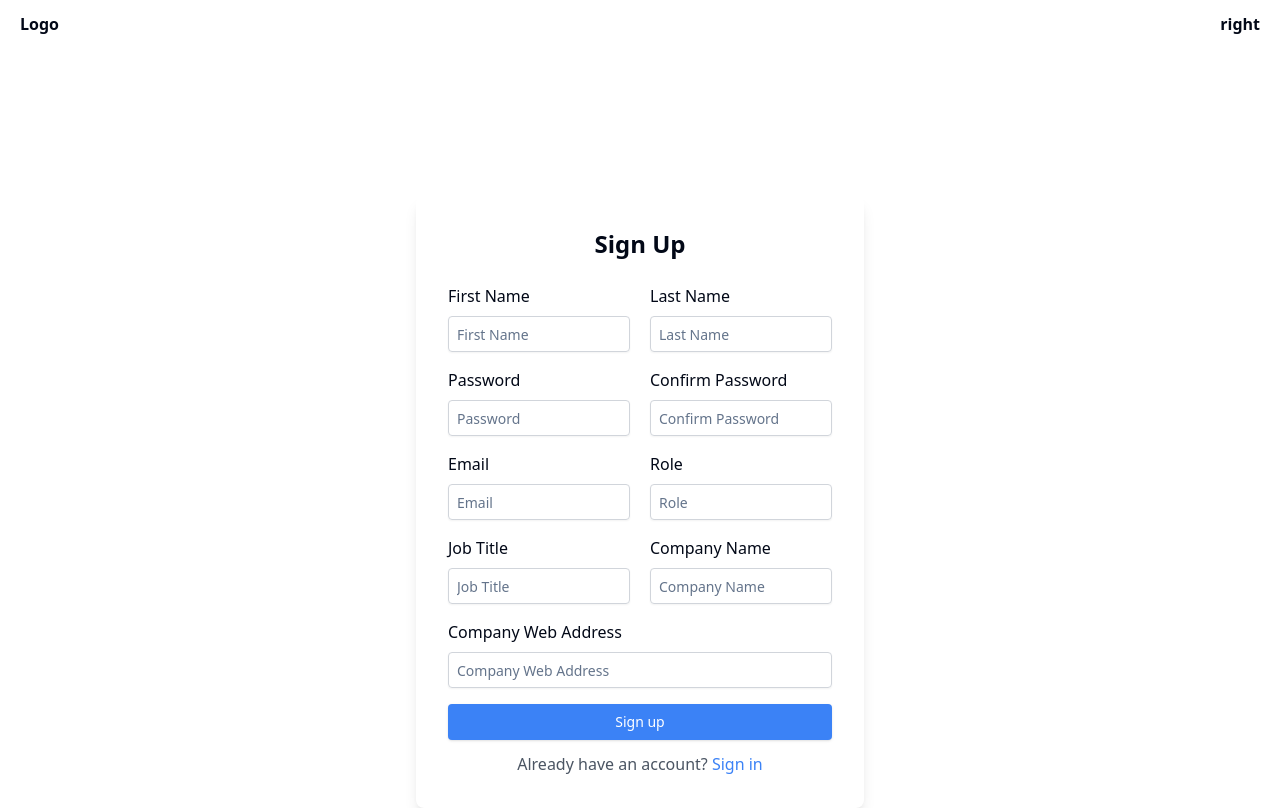
Repository: hisreal123/globalpath_fe
Page: /auth/signup
An editor plug-in stored every save of this project. The page is shown before and after the next save, followed by the edit.
The browser window is 1280 px wide. The pictures show the whole page.
The project was rebuilt for these pictures with package versions that can differ from the ones it lists, and the page was loaded fresh each time. Also part of the build but not shown: vite.config.ts, src/components/pages/HomeComponent.tsx, src/pages/Home.tsx, src/pages/Error.tsx, src/pages/About.tsx, src/pages/Blog.tsx, src/pages/Find_jobs.tsx, src/components/Header.tsx and 2 more.

Above is the page before, as saved 2024-10-11 16:43:52.

After the next save:
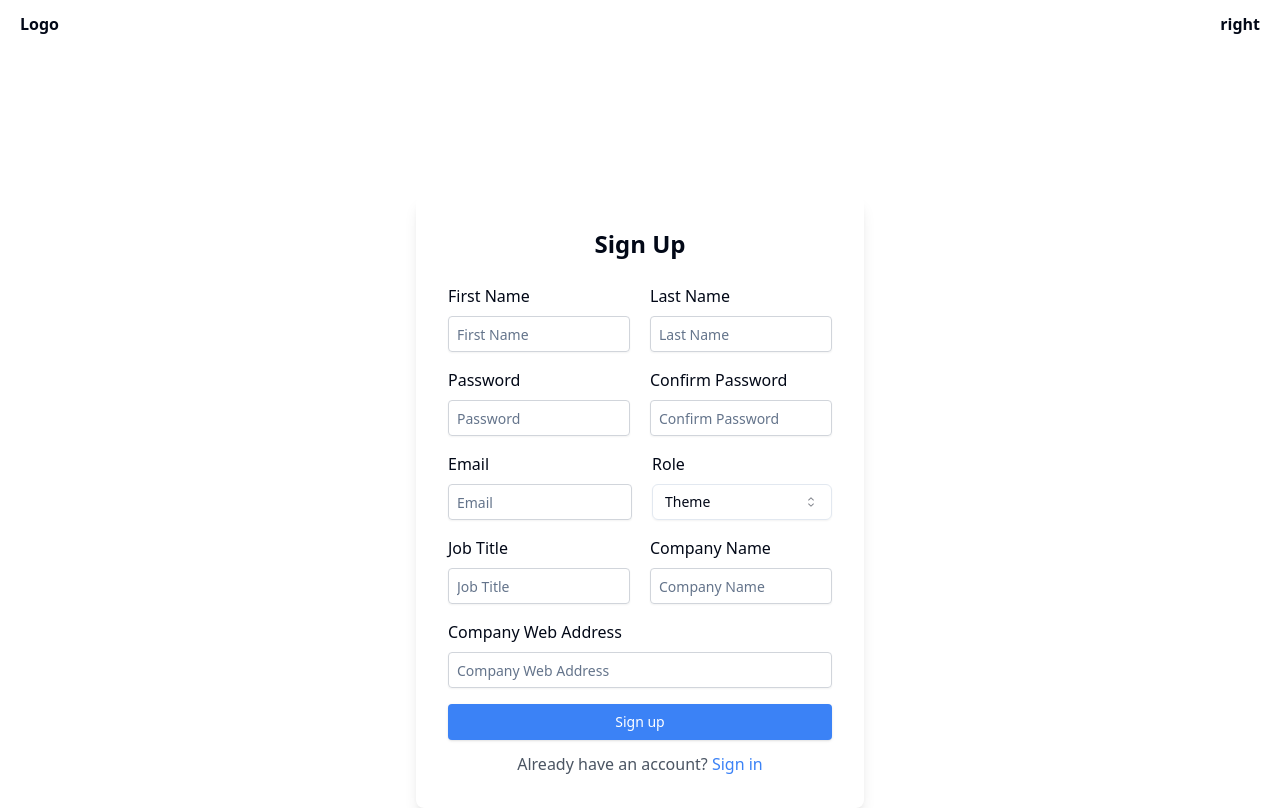
Saved 96 s later.
--- a/src/components/pages/auth/SignupComponent.tsx
+++ b/src/components/pages/auth/SignupComponent.tsx
@@ -177,11 +177,16 @@ const SignupComponent = () => {
                   <FormItem>
                     <FormLabel className="text-md">Role</FormLabel>
                     <FormControl>
-                      <Input
-                        placeholder="Role"
-                        {...field}
-                        className="w-full p-2 border border-gray-300 rounded mt-1"
-                      />
+                      <Select>
+                        <SelectTrigger className="w-[180px]">
+                          <SelectValue placeholder="Theme" />
+                        </SelectTrigger>
+                        <SelectContent>
+                          <SelectItem value="light">Light</SelectItem>
+                          <SelectItem value="dark">Dark</SelectItem>
+                          <SelectItem value="system">System</SelectItem>
+                        </SelectContent>
+                      </Select>
                     </FormControl>
                     <FormMessage />
                   </FormItem>
